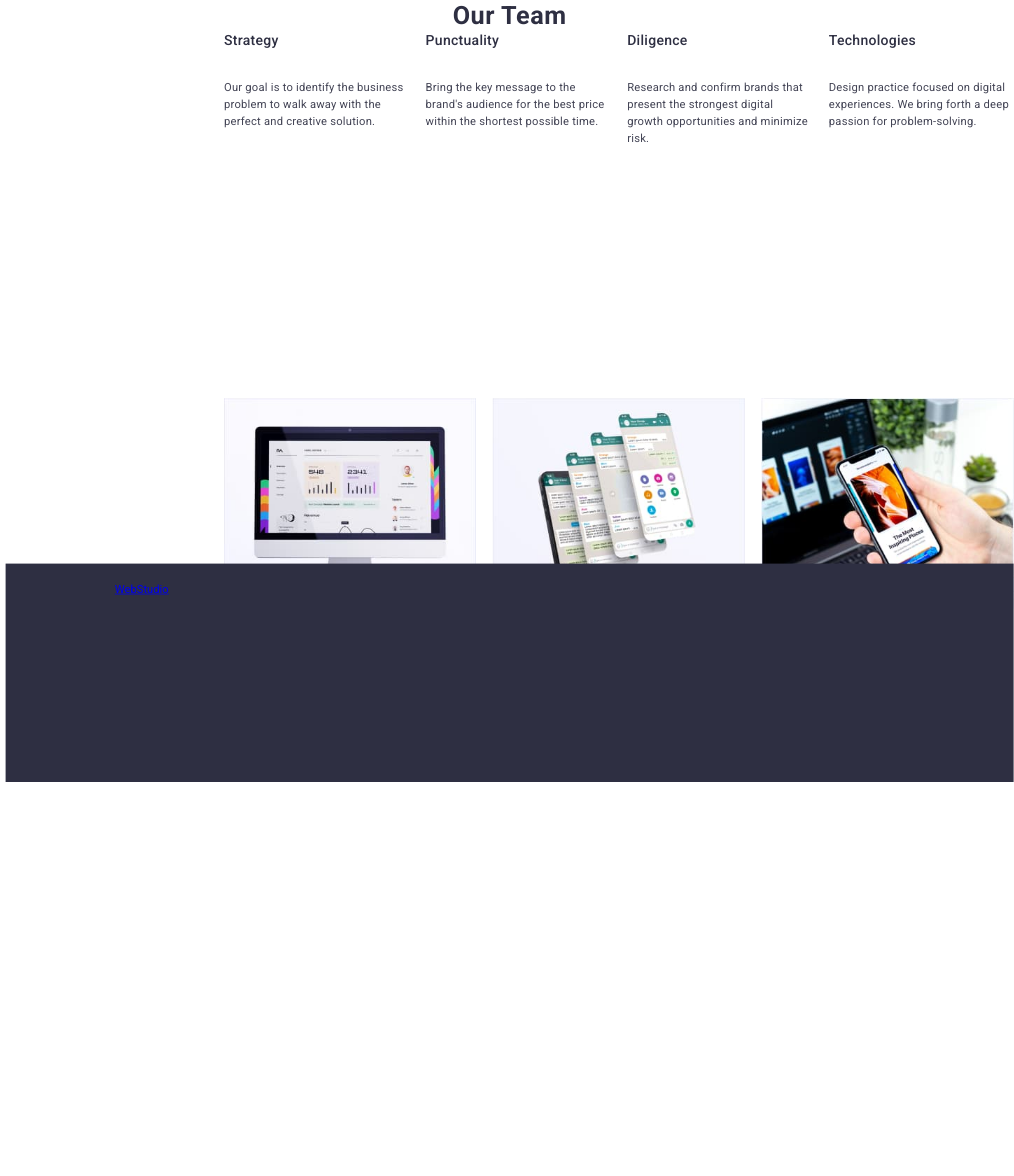
Repository: GrishchenkoNataliya/goit-markup-hw-02
Page: index.html
The author's editor kept a copy of each file at every save. The page is drawn from the files as they stood at one save, then again after the next save.
The browser window is 1280 px wide. The page is 1448 px wide, so the pictures cover 1448 px, including what lies to the right of the window. The pictures show the part of the page from y = 1583 to 3263 px (the page is 4896 px tall), at 70% of full size.

Above is the page before, as saved 2023-03-11 13:59:20.

After the next save:
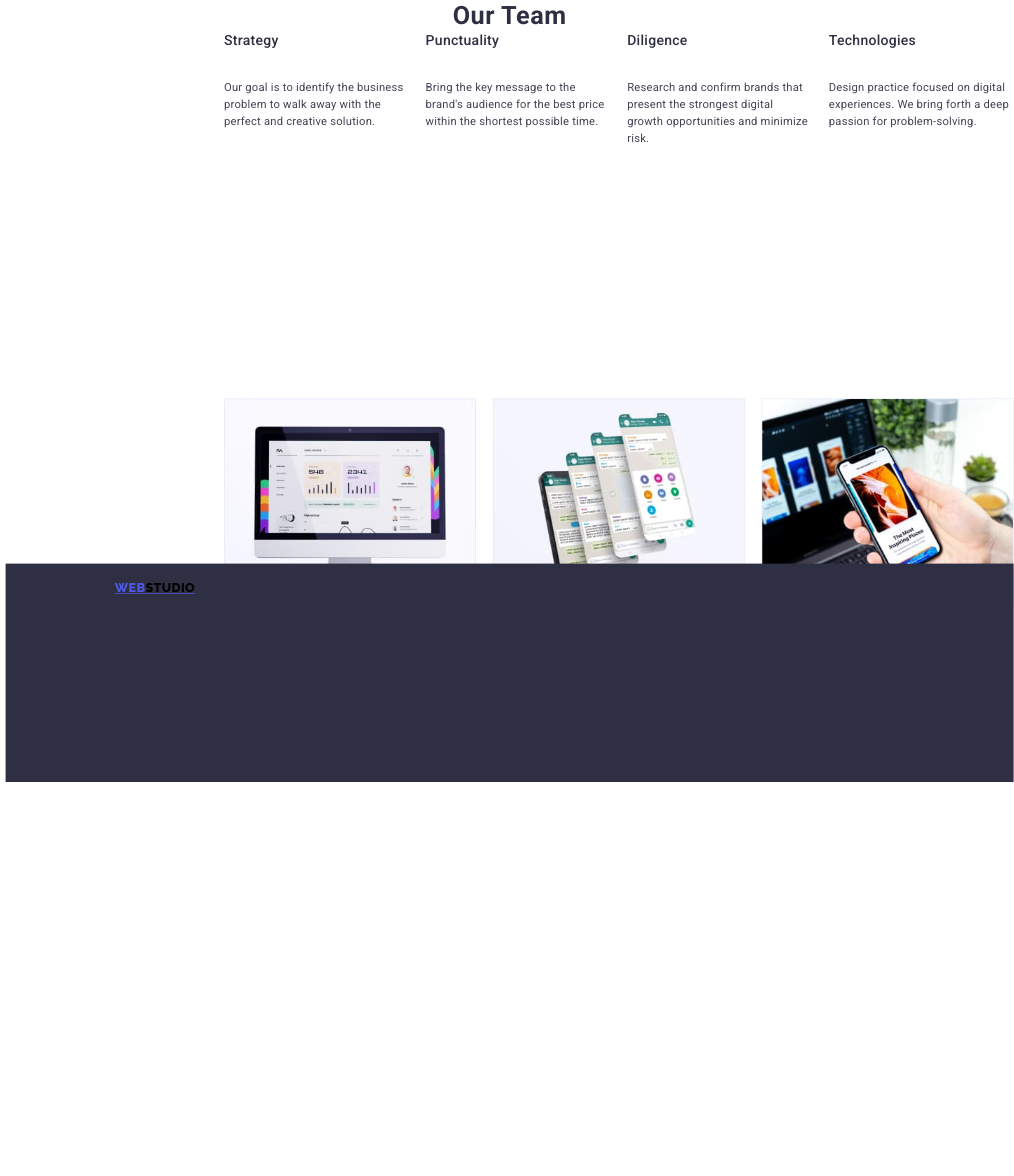
Saved 87 s later.
--- a/index.html
+++ b/index.html
@@ -176,10 +176,9 @@
       </section>
     </main>
     <footer class="footer">
-      <a class="header-logo" href="./index.html"
-        >Web<span class="studio">Studio </span></a
+      <a class="header-logo logo-web" href="./index.html"
+        >Web<span class="logo-studio">Studio </span></a
       >
-
       <p class="footer-text">
         Increase the flow of customers and sales for your business with digital
         marketing & growth solutions.
